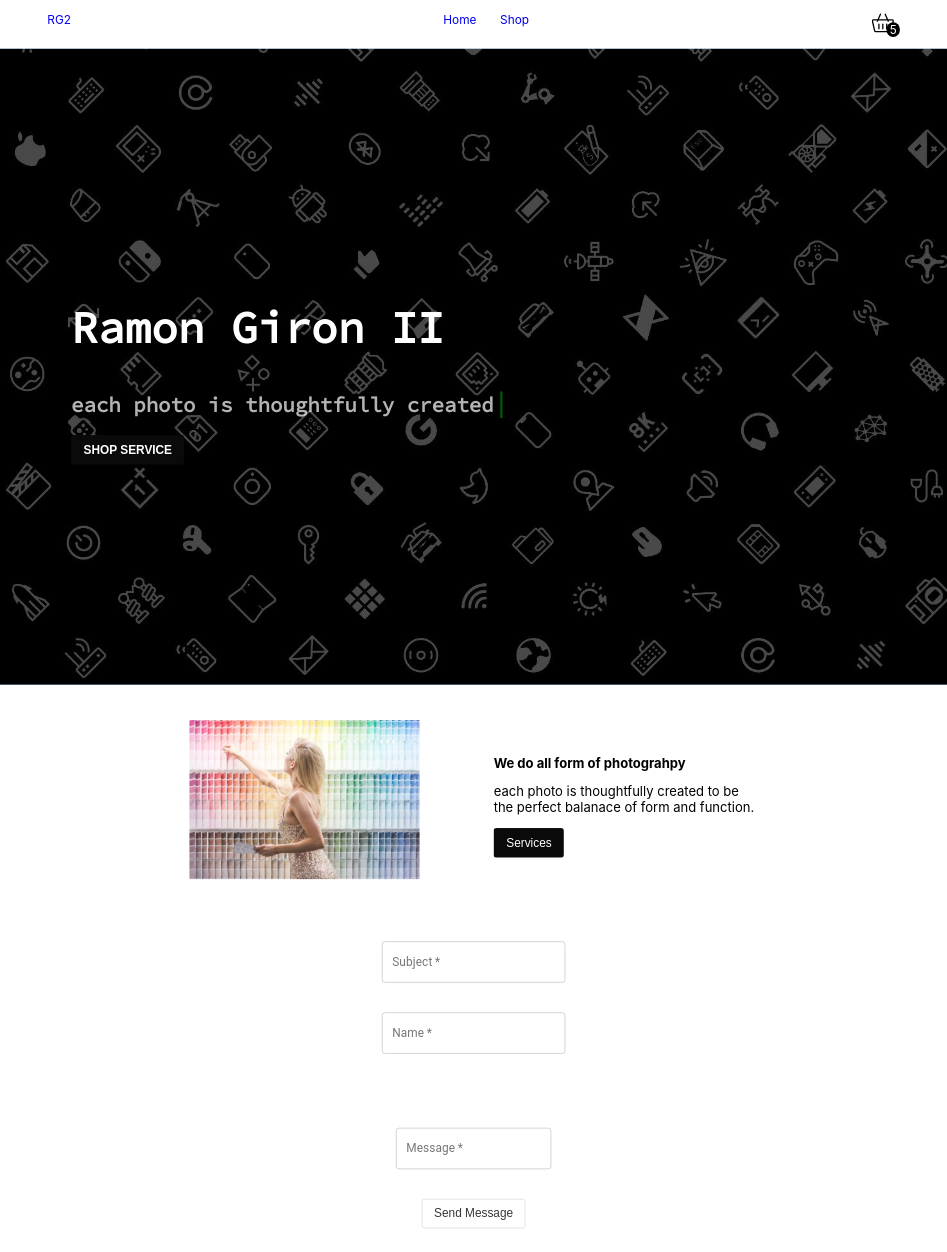
Repository: realistmccoy/coolify
Page: / (app in personalecom/)
The author's editor kept a copy of each file at every save. The page is drawn from the files as they stood at one save, then again after a run of saves.
The browser window is 1280 px wide. The pictures show the whole page, at 74% of full size.
The project was rebuilt for these pictures with package versions that can differ from the ones it lists, and the page was loaded fresh each time.

Above is the page before, as saved 2021-02-21 23:40:10.

### personalecom/src/index.js
import React from 'react';
import ReactDOM from 'react-dom';
import './index.css';
import App from './App';
import reportWebVitals from './reportWebVitals';
import { BrowserRouter } from 'react-router-dom';

ReactDOM.render(
<BrowserRouter>
<App />
</BrowserRouter>
, document.getElementById('root'));

// If you want to start measuring performance in your app, pass a function
// to log results (for example: reportWebVitals(console.log))
// or send to an analytics endpoint. Learn more: https://bit.ly/CRA-vitals
reportWebVitals();

### personalecom/src/App.js
import Header from './components/header/header.jsx';
import Hero from './components/hero/hero';
import MainSection from './components/main-section/main-section';
import ContactForm from './components/contactform/contactForm';
import './App.scss';

function App() {
  return (
		<div className='App'>
			<Header />
			<Hero />
			<MainSection />
			<ContactForm />
		</div>
  );
}

export default App;

### personalecom/src/components/header/header.jsx
import React from 'react';
import { Link } from 'react-router-dom'
import CartIcon from '../cart-icon/cart-icon'
import './header.styles.scss';

const Header = () => {
  return (
    <nav className="nav-menu container">
      <div className="logo">
        <Link to='/'> RG2</Link>
      </div>
      <ul>
        <li>
        <Link to='/'> Home</Link>
        </li>
        <li>
        <Link to='/shop'> Shop</Link>
        </li>
      </ul>
      <CartIcon/>
    </nav>

  )
}

export default Header

### personalecom/src/components/hero/hero.jsx
import React from 'react';
import './hero.styles.scss';

const Hero = () => {
  return (
    <section className="hero is-large is-info hero-image">
  <div className="hero-body">
    <h1 className="title">
      Ramon Giron II
    </h1>
    <h1 className="hero-title">
    each photo is thoughtfully created to be the perfect balanace of form and function.
    </h1>
    <div className="shop-now">
      <button className="button is-black" id='shop-now'>SHOP SERVICE</button>
    </div>
  </div>
</section>
  )
}

export default Hero;

### personalecom/src/components/main-section/main-section.jsx
import React from 'react';
import { withRouter} from 'react-router-dom'
import naturebg from '../../assets/nature.jpg'
import './main-section.styles.scss'

const MainSection = ({ history }) => {
  return (
    <div className="main-section-container">
      <div className="main-section-middle">
        <div className="ms-m-image">
          <img src={naturebg} alt="nature background" />
        </div>
        <div className="ms-m-description">
          <h2>We do all form of photograhpy</h2>
          <p>
          each photo is thoughtfully created to be the perfect balanace of form and function.
          </p>
          <button className="button is-black" id="shop now" onClick={() => history.push('/product/1')}>
          Services
          </button>
        </div>

        <div/>
      </div>
    </div>
  )
}
export default withRouter(MainSection)

### personalecom/src/components/contactform/contactForm.jsx

import React, { Component } from "react";
import axios from "axios";
import TextField from "@material-ui/core/TextField";

export default class ContactForm extends Component {

state = {name:"",message:"",email:"",subject:"",sent:false,buttonText:"Send Message", emailError:false};

  resetForm = () => {
    this.setState({
      name: "",
      message: "",
      email: "",
      subject: "",
      buttonText: "Message Sent",
    });

    setTimeout(() => {
      this.setState({ sent: false });
    }, 3000);
  };


  handleChangeEmail(e) {
    if (!e.target.value.match(
        /^(([^<>()\[\]\\.,;:\s@"]+(\.[^<>()\[\]\\.,;:\s@"]+)*)|(".+"))@((\[[0-9]{1,3}\.[0-9]{1,3}\.[0-9]{1,3}\.[0-9]{1,3}\])|(([a-zA-Z\-0-9]+\.)+[a-zA-Z]{2,}))$/
      )
    ) {
      this.setState({
        email: e.target.value,
      });
      this.setState({ emailError: true });

      if (this.state.email === "") {
        // check if the input is empty
        this.setState({ emailError: false });
      }
    } else {
      this.setState({ email: e.target.value, emailError: false });
    }
  }

  formSubmit = async (e) => {
    e.preventDefault();
    this.setState({
      buttonText: "...sending",
    });

    let data = {
      name: this.state.name,
      email: this.state.email,
      message: this.state.message,
      subject: this.state.subject,
    };

    try {
      await axios.post("BACKEND_URL", data);
      this.setState({ sent: true }, this.resetForm());
    } catch (error) {
      console.log(error);
    }
  };

  render() {
  return (

      <form className="contact-form" onSubmit={(e) => this.formSubmit(e)}>

        <TextField
          id="outlined-basic"
          placeholder="Enter Subject"
          label="Subject"
          variant="outlined"
          value={this.state.subject}
          onChange={(e) => this.setState({ subject: e.target.value })}
          required
        />

        <br />
        <br />
        <br />

        <TextField
          id="outlined-basic"
          placeholder="Enter your name"
          label="Name"
          variant="outlined"
          value={this.state.name}
          onChange={(e) => this.setState({ name: e.target.value })}
          required
          type="text"
        />
        <br />
        <br />
        <br />


        <br />
        <br />
        <br />
        <TextField
          id="standard-multiline-flexible"
          label="Message"
          placeholder="Enter Message"
          variant="outlined"
          multiline
          rowsMax={4}
          value={this.state.message}
          onChange={(e) => this.setState({ message: e.target.value })}
          required
          type="text"
        />
        <br />
        <br />
        <br />
        <div className="button--container">
          <button type="submit" className="button button-primary">
            {this.state.buttonText}
          </button>
        </div>
      </form>

  )
}
}

### personalecom/src/App.scss
@charset "utf-8";

@import '../node_modules/bulma/sass/utilities/_all.sass';
@import '../node_modules/bulma/sass/elements/button.sass';
@import '../node_modules/bulma/sass/elements/container.sass';
@import '../node_modules/bulma/sass/layout/hero.sass';

.app {
  position: relative;
  min-height: 100vh;
}

img {
  width: 100%;
}

.nomad-container {
  width: 60%;
  margin: 0 auto;
}

#shop-now {
  font-weight: 600;
  &:hover {
    background-color: #606060;
  }
}

// Featured products section
.featured-collection {
  margin-top: 6rem;

  .featured-section-title {
    font-size: 2rem;
  }

  .featured-image {
    cursor: pointer;
  }

  @media(min-width: 1024px) {
    .products {
      display: flex;
      justify-content: space-between;
      padding: 5px;

      .featured-product {
        margin: 10px;
      }
    }
  }
}

// single product page
.name-price {
  p {
    font-size: 1.2rem;
    font-weight: bold;
  }

  h3 {
    font-size: 1rem;
  }
}

//black button styles
.nomad-btn {
  display: block;
  width: 100%;
  line-height: 1.4;
  padding-left: 5px;
  padding-right: 5px;
  white-space: normal;
  margin-top: 0;
  margin-bottom: 10px;
  min-height: 44px;
}

//input styles
.nomad-input {
  width: 100%;
  padding: 10px;
  margin-bottom: 1rem;
}

form {
  padding: 2rem;
  text-align: center;
  input[type=text],
  input[type=email],
  input[type=password]{
    width: 60%;
  }

  .submit-btn {
    display: flex;
    justify-content: center;
  }

  .submit {
    width: 200px;
  }
}

.form-error {
  border: 1px solid red;
}

::placeholder {
  color: #606060;
  font-size: 16px;
}

#btn-white-outline {
  border: 1px solid grey;
  margin-bottom: 1rem;
}
#buy-it-now-btn {
  &:hover {
    background-color: #606060;
  }
}

@media(min-width: 1024px) {
  form {
    width: 60%;
    margin: 0 auto;

    input[type=text],
    input[type=email],
    input[type=password]{
      width: 65%;
    }
  }
}

.error {
  border: 1px solid red;
}

.error-message {
  color: red;
  font-size: 1.5rem;
}

### personalecom/src/components/cart-icon/cart-icon.jsx
import React from 'react';
import shoppingBag from '../../assets/2169842.svg'
import './cart-icon.styles.scss'

const CartIcon = () => {
  return (
    <div className="cart-container">
      <img src={shoppingBag} alt='shopping-cart-icon' />
      <span className="cart-count"> 5 </span>
    </div>
  )
}

export default CartIcon;

### personalecom/src/components/header/header.styles.scss
.nav-menu {
  display: flex;
  padding: 1rem;
  a {
    text-decoration: none;
    &:focus, &:hover, &:visited{
      color: black;
    }
  }
  .logo{
    font: size 1.5rem;
  }
  ul{
    list-style: none;
    margin: 0;
    margin-left: auto;

    li{
      display: inline-block;
      margin: 0 1rem;
    }
  }
}

### personalecom/src/components/hero/hero.styles.scss
@import url('https://fonts.googleapis.com/css?family=Source+Code+Pro');

.hero-image {
  background: linear-gradient(rgba(0, 0, 0, 0.2), rgba(0, 0, 0, 0.2)),
  url('../../assets/mkbhd.jpg') center/cover no-repeat;
}

.hero-title {
  text-align: center;
  border-right: solid 3px rgba(0,255,0,.75);
  white-space: nowrap;
  overflow: hidden;
  font-family: 'Source Code Pro', monospace;
  font-size: 28px;
  color: rgba(255,255,255,.70);

  animation: animated-text 4s steps(29,end) 1s 1 normal both,
  animated-cursor 600ms steps(29,end) infinite;
}

/* text animation */

@keyframes animated-text{
  from{width: 0;}
  to{width: 580px;}
}

/* cursor animations */

@keyframes animated-cursor{
  from{border-right-color: rgba(0,255,0,.75);}
  to{border-right-color: transparent;}
}

@media(min-width: 1024px) {
  .hero-image {
    font-size:2.5rem;
  }
}

.shop-now-btn {
  text-align: center;
}


.title {
  font-family: 'Source Code Pro', monospace;
  text-align: left;
}

### personalecom/src/components/main-section/main-section.styles.scss
.main-section-container {
  width: 60%;
  margin: 3rem auto;
}

h2 {
  font-size:1.1rem;
}

.ms.m-description {
  p {font-size:0.933rem;
  line-height:1.5;
}
}

@media(min-width:1024px) {
  .main-section-middle {
    display: flex;
    justify-content: space-between;

    .ms-image {
      max-width: 545px;
      flex: 1 0 545px;
    }
    .ms-m-description {
      margin-left: 100px;
      align-self: center;
      p {
        font-size:1.1rem;
      }
    }
  }
}

### personalecom/src/components/cart-icon/cart-icon.styles.scss
.cart-container {
  margin-left: auto;
  cursor: pointer;
  img{
    width:30px;
  }
  .cart-count {
    margin-left: -10px;
    background-color: black;
    color: white;
    padding-right: 4px;
    border-radius:10px;
  }
}

Loaded but not shown: personalecom/public/index.html (common file); personalecom/src/index.css (common file); personalecom/src/reportWebVitals.js (common file)

After the next 2 saves:
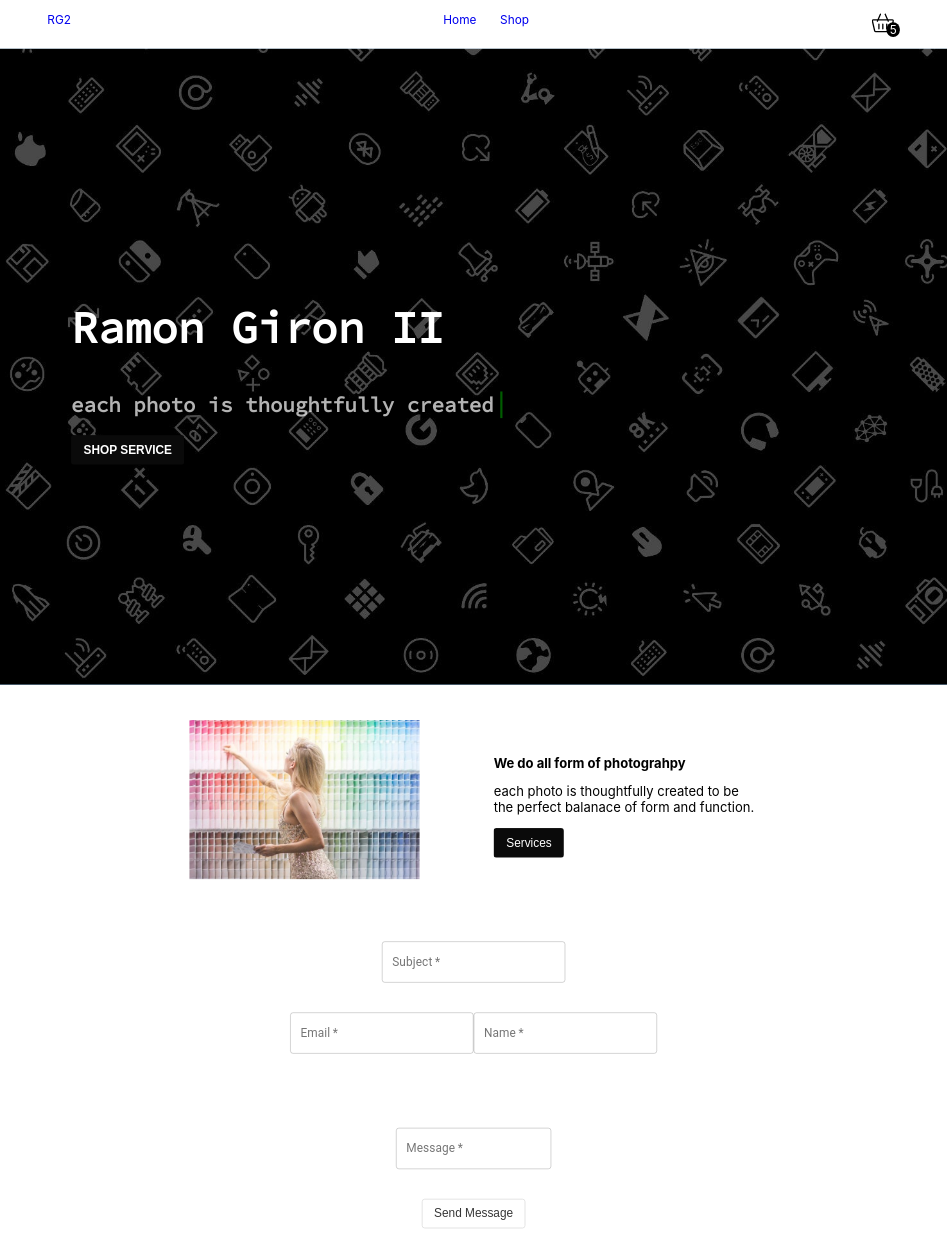
The 2 saves are shown as one change because they came seconds apart.
The last was saved 17 s later.
--- a/personalecom/src/components/contactform/contactForm.jsx
+++ b/personalecom/src/components/contactform/contactForm.jsx
@@ -80,6 +80,17 @@ state = {name:"",message:"",email:"",subject:"",sent:false,buttonText:"Send Mess
         <br />
         <br />
         <br />
+        <TextField
+          id="outlined-basic"
+          label="Email"
+          placeholder="Enter email address"
+          variant="outlined"
+          value={this.state.email}
+          onChange={(e) => this.handleChangeEmail(e)}
+          error={this.state.emailError}
+          required
+          type="email"
+        />
 
         <TextField
           id="outlined-basic"
